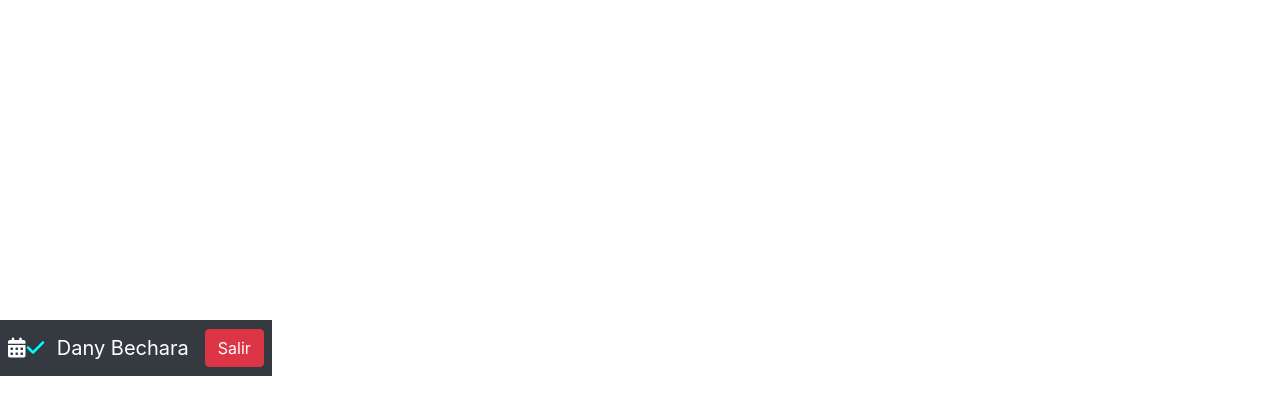
Repository: bechara611/calendar-frontend
Page: /
The author's editor kept a copy of each file at every save. The page is drawn from the files as they stood at one save, then again after the next save.
The browser window is 1280 px wide. The pictures show the whole page.
The project was rebuilt for these pictures with package versions that can differ from the ones it lists, and the page was loaded fresh each time. Also part of the build but not shown: vite.config.js. Imported but missing from the stored project, and not drawn on this page: src/auth.

Above is the page before, as saved 2023-01-04 14:16:41.

After the next save:
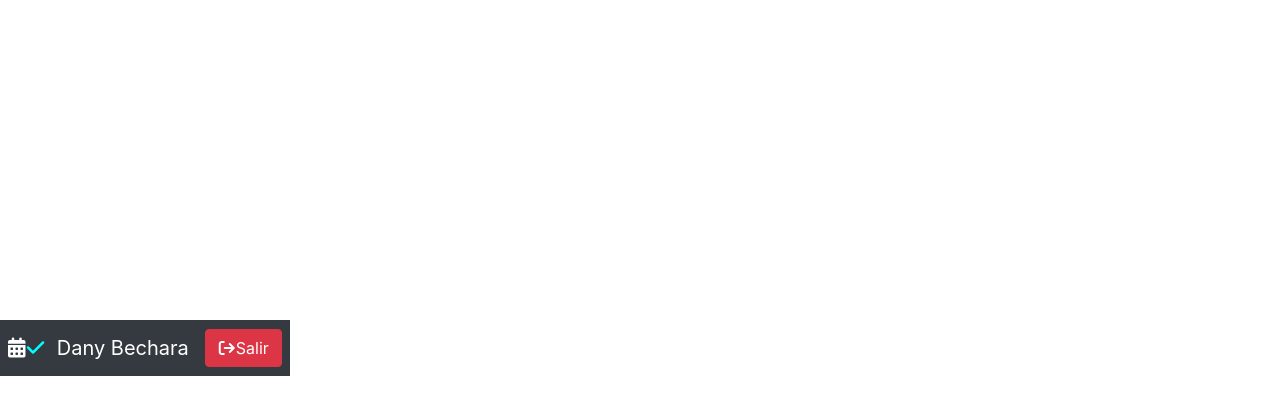
Saved 46 s later.
--- a/src/calendar/components/NavBar.jsx
+++ b/src/calendar/components/NavBar.jsx
@@ -11,7 +11,7 @@ export const NavBar = () => {
     Dany Bechara
     </span>
     <button className='btn btn-danger '>
-    <i className='fa-thin fa-arrow-up-left-from-circle'></i>
+    <i className='fas fa-sign-out'></i>
     <span>Salir</span>
     </button>
     </div>
